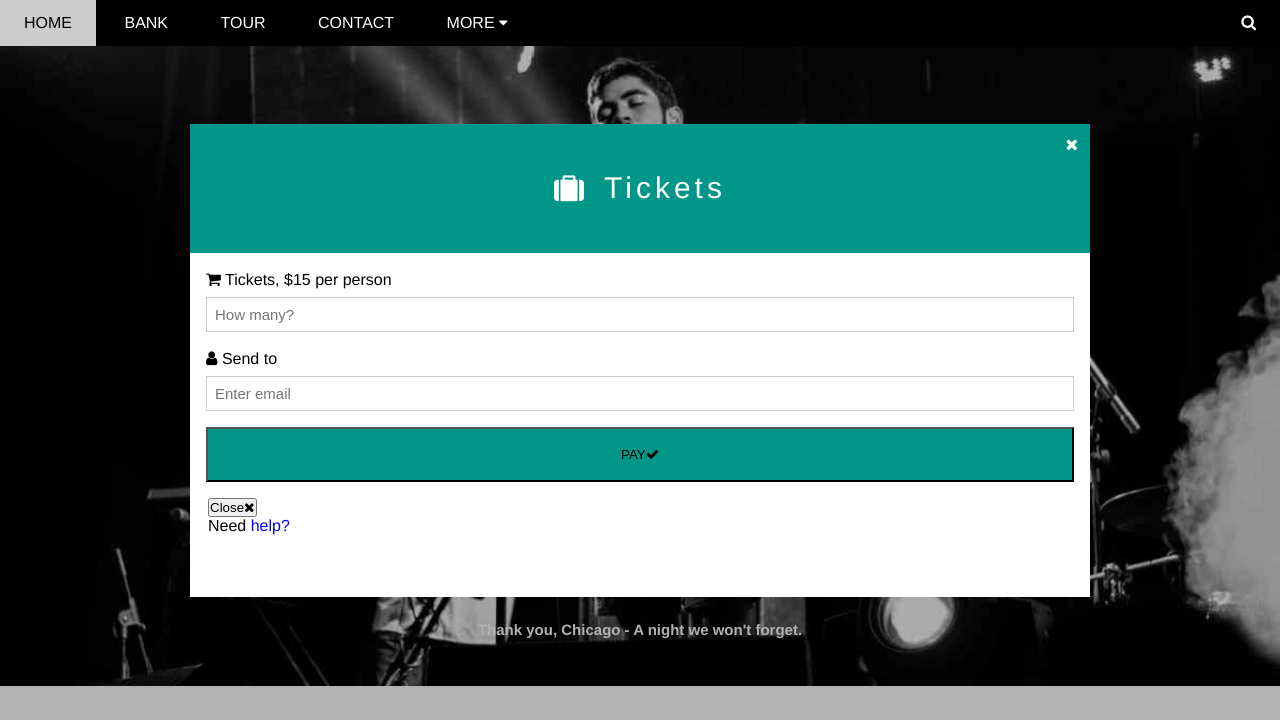
Repository: vuongtm1999/TheBand_W3School
Page: index.html
The author's editor kept a copy of each file at every save. The page is drawn from the files as they stood at one save, then again after the next save.
The browser window is 1280 px wide. The pictures show the window.
A layer covers the whole window, so only the first screen is drawn.

Above is the page before, as saved 2022-08-27 16:03:49.

### index.html
<!DOCTYPE html>
<html lang="en">
<head>
    <meta charset="UTF-8">
    <meta http-equiv="X-UA-Compatible" content="IE=edge">
    <meta name="viewport" content="width=device-width, initial-scale=1.0">
    <title>Document</title>
    <link rel="stylesheet" href="./assets/css/style.css">
    <link rel="stylesheet" href="https://cdnjs.cloudflare.com/ajax/libs/font-awesome/4.7.0/css/font-awesome.min.css">

</head>
<body>
        <div id="header">
            <!-- begin: nav -->
            <ul id="nav">
                <li><a href="#">Home</a></li>
                <li><a href="#">Bank</a></li>
                <li><a href="#">Tour</a></li>
                <li><a href="#">Contact</a></li>
                <li>
                    <a href="#">More <i style="font-size: 15px;" class="fa fa-caret-down"></i></a>
                    <ul class="subnav">
                        <li><a href="#">Merchandise</a></li>
                        <li><a href="#">Extras</a></li>
                        <li><a href="#">Media</a></li>
                    </ul>
                </li>
            </ul>
            <!-- end: nav -->

            <!-- begin: search button -->
            <div class="search-button">
                <i class="fa fa-search"></i>
            </div>
            <!-- end: search button -->
        </div>

        <div id="slider">
            <div class="text-content">
                <div class="container">
                    <h3 class=text-heading>
                        Chicago
                    </h3>
                    <div class="text-description">
                        Thank you, Chicago - A night we won't forget.
                    </div>
                </div>
            </div>
        </div>

        <div id="content">
            <!-- about section -->
            <div class="content-section">
                <h2 class="section-heading">THE BAND</h2>
                <p class="section-sub-heading">We love music</p>
                <p class="section-about-text">We have created a fictional band website. Lorem ipsum dolor sit amet, consectetur adipiscing elit, sed do eiusmod tempor incididunt ut labore et dolore magna aliqua. Ut enim ad minim veniam, quis nostrud exercitation ullamco laboris nisi ut aliquip ex ea commodo consequat. Duis aute irure dolor in reprehenderit in voluptate velit esse cillum dolore eu fugiat nulla pariatur. Excepteur sint occaecat cupidatat non proident, sunt in culpa qui officia deserunt mollit anim id est laborum consectetur adipiscing elit, sed do eiusmod tempor incididunt ut labore et dolore magna aliqua. Ut enim ad minim veniam, quis nostrud exercitation ullamco laboris nisi ut aliquip ex ea commodo consequat.</p>

                <div class="member-list">

                    <div class="member-item">
                        <p class="member-name">Name</p>
                        <img class="member-image" src="assets/img/bandmember.jpg" alt="member">
                    </div>

                    <div class="member-item">
                        <p class="member-name">Name</p>
                        <img class="member-image" src="assets/img/bandmember.jpg" alt="member">
                    </div>

                    <div class="member-item">
                        <p class="member-name">Name</p>
                        <img class="member-image" src="assets/img/bandmember.jpg" alt="member">
                    </div>

                    <div class="clearFloat"></div>
                </div>
            </div>

            <!-- TOUR DATES section -->
            <div class="tour-section">
                <div class="content-section">
                    <h2 class="section-heading">THE BAND</h2>
                    <p class="section-sub-heading">We love music</p>

                    <ul class="ticket-list">
                        <li>September <span class="soldout">Sold out</span></li>
                        <li>October <span class="soldout">Sold out</span></li>
                        <li>November <span class="quantity">3</span></li>
                    </ul>

                    <div class="place-ticket">

                        <div class="place-item">
                            <img src="assets/img/place/newyork.jpg" alt="img-ticket" class="place-img">
                            <div class="place-body">
                                <h3 class="place-city">New York</h3>
                                <p class="place-time">Fri 27 Nov 2016</p>
                                <p class="place-description">Praesent tincidunt sed tellus ut rutrum sed vitae justo.</p>
                                <a href="#" class="place-buy-tickets">Buy tickets</a>
                            </div>
                        </div>

                        <div class="place-item">
                            <img src="assets/img/place/newyork.jpg" alt="img-ticket" class="place-img">
                            <div class="place-body">
                                <h3 class="place-city">New York</h3>
                                <p class="place-time">Fri 27 Nov 2016</p>
                                <p class="place-description">Praesent tincidunt sed tellus ut rutrum sed vitae justo.</p>
                                <a href="#" class="place-buy-tickets">Buy tickets</a>
                            </div>
                        </div>

                        <div class="place-item">
                            <img src="assets/img/place/newyork.jpg" alt="img-ticket" class="place-img">
                            <div class="place-body">
                                <h3 class="place-city">New York</h3>
                                <p class="place-time">Fri 27 Nov 2016</p>
                                <p class="place-description">Praesent tincidunt sed tellus ut rutrum sed vitae justo.</p>
                                <a href="#" class="place-buy-tickets">Buy tickets</a>
                            </div>
                        </div>

                        <div class="clearFloat"></div>
                    </div>
                </div>
            </div>



            <!-- CONTACT section -->
            <div class="content-section">
                <h2 class="section-heading">THE BAND</h2>
                <p class="section-sub-heading">We love music</p>
            </div>

        </div>

        <!-- Modal dialog -->
        <div id="modal">
            <div class="modal-container">
                <i class="fa fa-times close-icon" aria-hidden="true"></i>
                <header class="modal-header">
                    <i class="fa fa-suitcase mr-5"></i>
                     Tickets
                </header>
                <div class="modal-body">
                    <label for="quantity-sticket" class="modal-label">
                        <i class="fa fa-shopping-cart" aria-hidden="true"></i>
                        Tickets, $15 per person
                    </label>
                    <input type="text" id="quantity-sticket" class="quantity-sticketet" placeholder="How many?">

                    <label for="send-to-sticket" class="modal-label">
                        <i class="fa fa-user" aria-hidden="true"></i>
                        Send to
                    </label>
                    <input type="text" id="send-to-sticket" class="send-to-sticket" placeholder="Enter email" class=placeholder="Enter email">

                    <button id="btn-pay" class="btn-pay">PAY<i class="fa fa-check" aria-hidden="true"></i></button>
                </div>

                <div class="modal-footer">
                    <button>Close<i class="fa fa-times" aria-hidden="true"></i></button>

                    <div>Need <a href="#" id="btn-help">help?</a></div>
                </div>
            </div>
        </div>

        <div id="footer">

        </div>
    </div>
</body>
</html>

### assets/css/style.css
/* reset CSS */
* {
    margin: 0;
    padding: 0;
    box-sizing: border-box;
}

html {
    font-family: Helvetica, Arial, sans-serif;
}

#nav, .subnav, li{
    list-style-type: none;
}

#nav{
    display: inline-block;
}

/*
Nguyen tac lam viec
1. Vi tri
2. Kich thuoc
3. Mau sac
4. Kieu dang (kieu chu, hinh tron hay hinh vuong,...)
*/

/*
Tu ngoai vao trong
Tu tren xuong duoi
TU tong quan den chi tiet
 */

#main {}

#header {
    position: fixed;
    z-index: 1;
    height: 46px;
    background-color: #000;
    color: #fff;
    top: 0;
    left: 0;
    right: 0;
}

#nav li {
    text-decoration: none;
    line-height: 46px;
}

a{
    text-decoration: none;
}

#nav > li > a {
    /* display: inline-block; */
    padding: 0px 24px;
    color: #ffffff;
    text-transform: uppercase;
}

#nav > li {
    display: inline-block;
}

#nav li:last-child {
    position: relative;
}

#nav .subnav {
    background-color: #fff;
    position: absolute;
    display: none;
    top: 100%;
    left: 0;
    box-shadow:  0px 0px 10px rgba(0, 0, 0, 0.3);
    min-width: 160px;
}

#nav .subnav a{
    color: #000;
    padding: 0px 12px;
    line-height: 30px;
    display: inline-block;
    width: 100%;
}

#nav .subnav li:hover,
#nav > li:hover > a {
    color: #000;
    background-color: #ccc;
    display: block;
}

#nav > li:last-child:hover .subnav{
    display: block;
}

/* search btn */
#header .search-button{
    float: right;
    line-height: 46px;
    padding: 0 24px;
}

#header .search-button:hover{
    background-color: #f44336;
    cursor: pointer;
}

#slider {
    /* background-color: rgb(27, 22, 22); */
    margin-top: 46px;
/* padding-top bang 50% chieu rong cua thanh phan do */
    padding-top: 50%;
    position: relative;
    background: url("/assets/img/chicago.jpg") top center / cover no-repeat;
}

#slider .text-content{
    position: absolute;
    color: white;
    bottom: 48px;

    /* cach 1 */
    /* left: 50%;
    transform: translateX(-50%); */
    /* cach 2 */
    /* left: 0;
    right: 0; */
    /* cach 3 */
    width: 100%;
    text-align: center;
}

.text-heading{
    font-size: 24px;
    font-weight: 400;
}

.text-description{
    margin-top: 25px;
    font-weight: bolder;
    font-size: 15px;
}

#content .content-section{
    width: 800px;
    padding: 64px 0;
    margin-left: auto;
    margin-right: auto;
}

.content-section .section-heading,
.content-section .section-about-text{
    margin: 15px 0px;
}

.content-section .section-heading,
.content-section .section-sub-heading{
    text-align: center;
}

.content-section .section-sub-heading{
    font-size: 15px;
    opacity: 0.7;
    font-style: italic;
}

.content-section .section-heading{
    font-size: 30px;
    font-weight: 500;
    letter-spacing: 4px;
}

.content-section .section-about-text{
    /* line-height khong co px */
    line-height: 1.5;
    font-size: 15px;
    text-align: justify;
}

.content-section .member-item{
    float: left;
    width: calc(100%/3);

    /* width: 33.333%; */
}

.content-section .member-list{
    margin: 32px 0;
    text-align: center;

    /* Khac phuc khi dung float :left */
    /* overflow: hidden; */
}

.content-section .member-name{
    /* text-align: center; */
}

.content-section .member-name{
    margin: 15px 0;
}

.content-section .member-image{
    width: 154px;
    border-radius: 4px;
}

.content-section .clearFloat{
    /* Khac phuc khi dung float :left */
    clear: both;
}

/* Tour section */
.tour-section{
    background-color: #000;
}

/*  begin: tour section */
.section-heading,
.section-sub-heading{
    color: white;
}

.ticket-list{
    background-color: white;
}

.ticket-list > li{
    font-size: 15px;
    padding: 12px;
    border-bottom: 1px solid #ddd;
    color: #757575;
}

.soldout{
    background-color: #f44336;
    padding: 6px;
    margin-left: 16px;
    color: #fff;
}

.quantity{
    float: right;
    margin-right: 16px;
    background-color: #000;
    width: 24px;
    height: 24px;
    border-radius: 50%;
    color: white;
    text-align: center;
    line-height: 24px;
    margin-top: -3px;
}

/* place-ticket */
.place-ticket{
    /* margin-top: 32px; */
    padding-top: 32px;
    margin-left: -8px;
    margin-right: -8px;
}

.place-item{
    float: left;
    width: 33.3333%;
    padding: 0 8px;
}

.place-img{
    width: 100%;
    display: block;
}

.place-img:hover{
    opacity: 0.7;
}

.place-body{
    background-color: white;
    color: rgb(1, 1, 1);
    padding: 16px;
}

.place-city{
    font-weight: 550;
}

.place-time{
    opacity: 0.8;
    margin: 15px 0;
}

.place-description{
    margin: 15px 0;
    line-height: 1.5;
}

.place-buy-tickets{
    background-color: #000;
    padding: 8px 16px;
    color: white;
    display: inline-block;
}

.place-buy-tickets:hover{
    background-color: #ccc;
    color: #000;
}

/* modal dialog */
#modal{
    position: fixed;
    background-color: rgba(0, 0, 0, 0.3);
    top: 0;
    left: 0;
    right: 0;
    bottom: 0;

    display: flex;
    align-items: center;
    justify-content: center;
}

.modal-container{
    background-color: #fff;
    width: 900px;
    min-height: 473px;
    position: relative;
}

.modal-header {
    height: 129px;
    background-color: #009688;
    display: flex;
    align-items: center;
    justify-content: center;
    letter-spacing: 4px;
    font-weight: 400;
    font-size: 30px;
    color: #fff;
}

.mr-5{
    margin-right: 16px;
}
.close-icon{
    position: absolute;
    top: 0;
    right: 0;
    padding: 12px;
    color: #fff;
}

.close-icon:hover{
    background-color: #ccc;
    color: #000
}

.modal-body {
    padding: 0 16px;
}

.modal-label{
    display: block;
    margin: 18px 0 8px 0;
}

.quantity-sticketet,
.send-to-sticket{
    border: 1px solid #ccc;
    padding: 8px;
    font-size: 15px;
    width: 100%;
}

.btn-pay{
    margin: 16px 0;
    width: 100%;
    background-color: #009688;
    padding: 18px;
}

.modal-footer{
    padding: 0 18px;
}

.modal-text-help{
    float: right;
}



#container {
    /* height: 500px;
    background-color: #ccc; */
}

#content {}

#footer {}

After the next save:
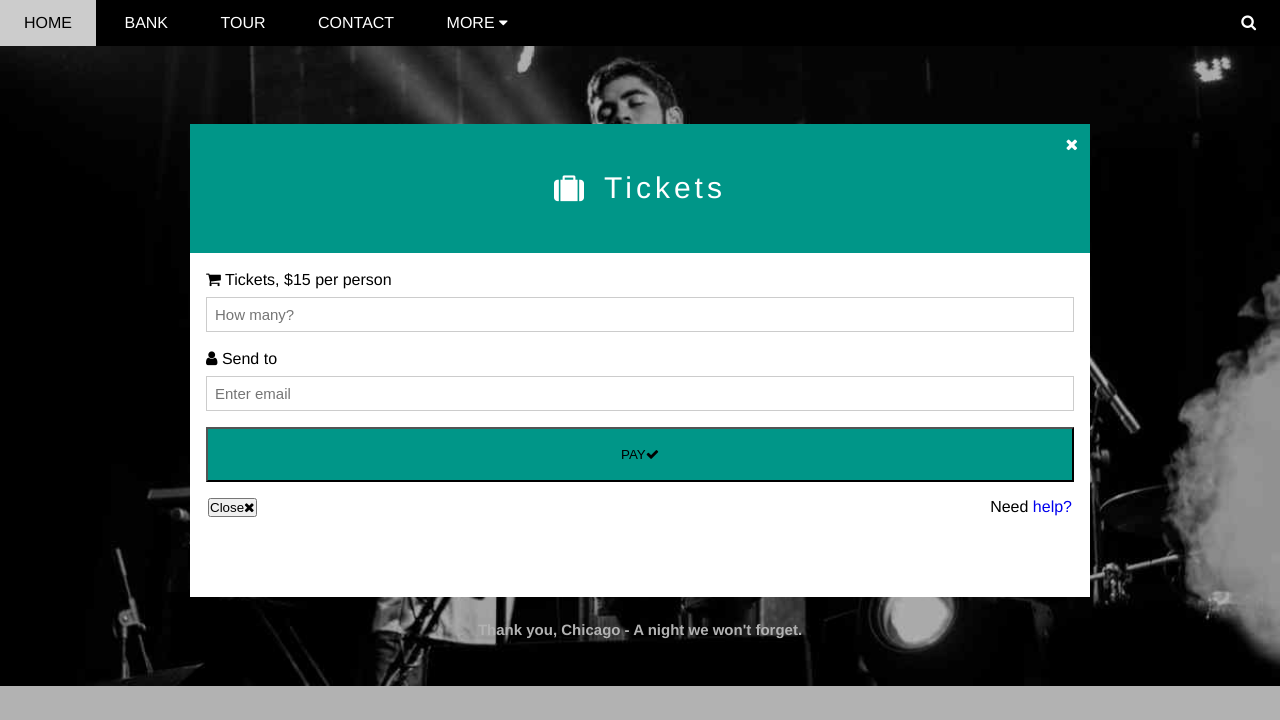
Saved 28 s later.
--- a/index.html
+++ b/index.html
@@ -162,7 +162,7 @@
                 <div class="modal-footer">
                     <button>Close<i class="fa fa-times" aria-hidden="true"></i></button>
 
-                    <div>Need <a href="#" id="btn-help">help?</a></div>
+                    <div class="modal-text-help">Need <a href="#" id="btn-help">help?</a></div>
                 </div>
             </div>
         </div>
